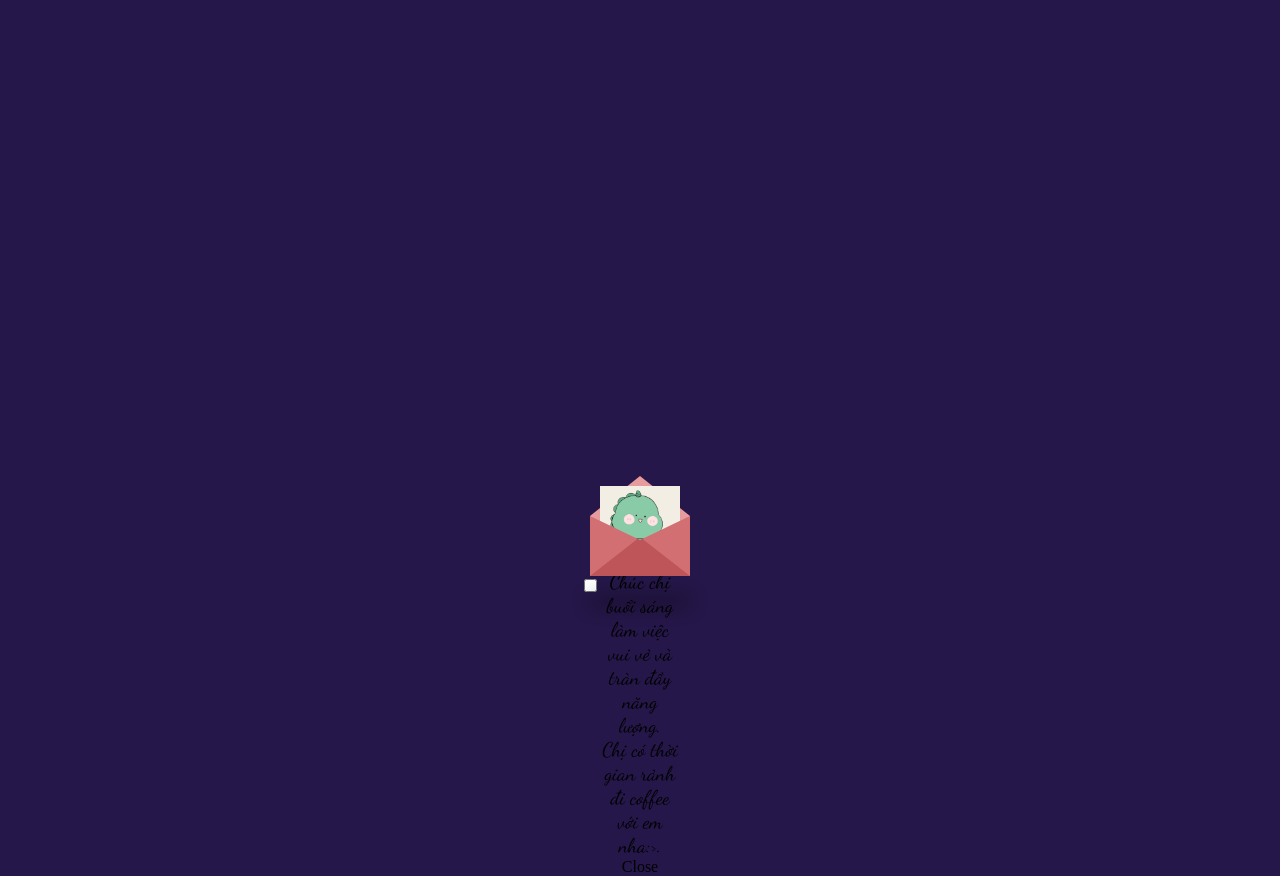
Repository: Dangtrinh28/letter
Page: index.html
These files come from the project's save history. The page is drawn as it stood at one moment and after the next save; the edit follows.
The browser window is 1280 px wide. The pictures show the whole page.

Above is the page before, as saved 2022-12-15 23:57:10.

After the next save:
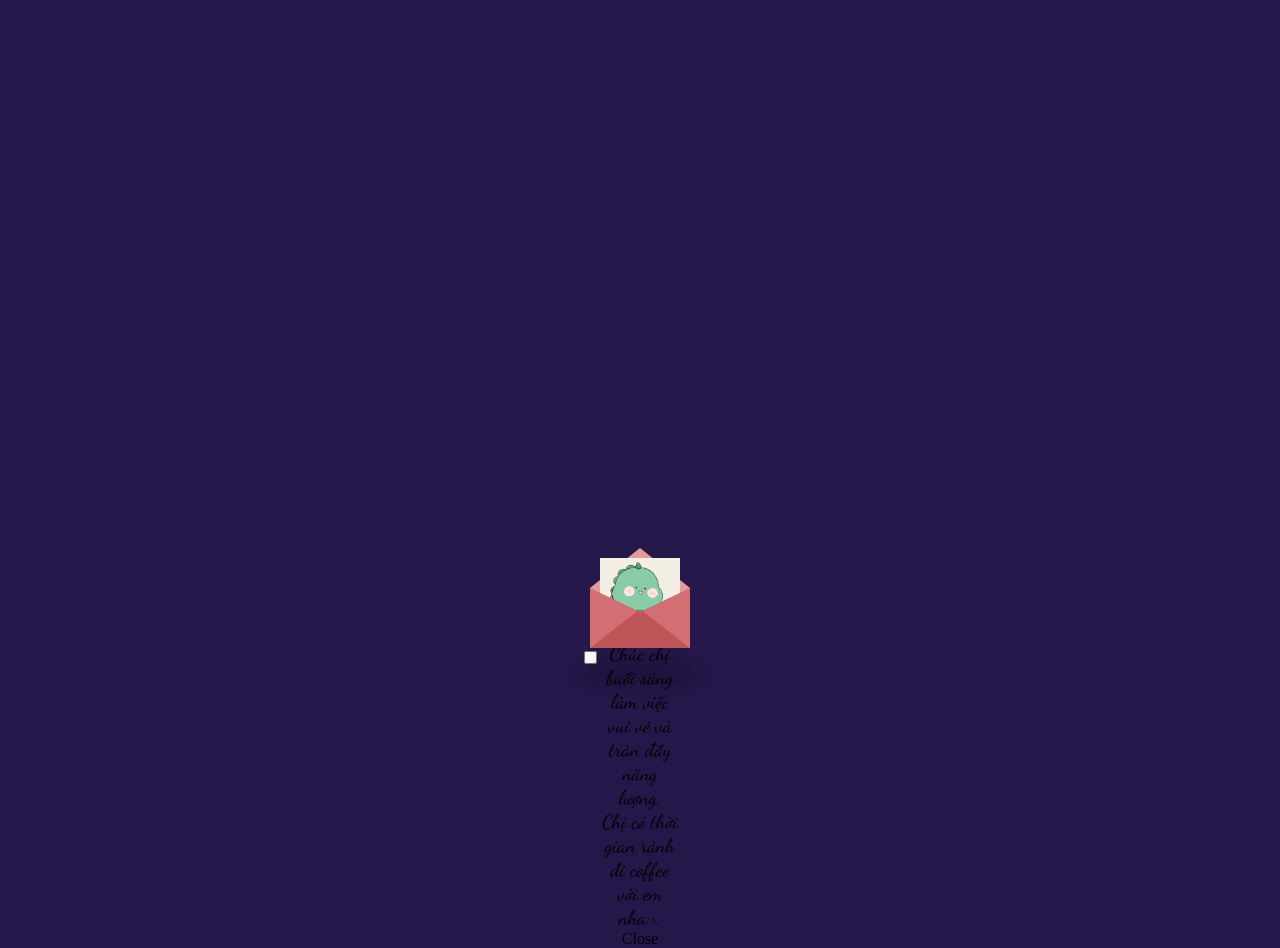
Saved 19 s later.
--- a/main.css
+++ b/main.css
@@ -6,7 +6,7 @@ body {
 
 .box {
     position: absolute;
-    top: 80%;
+    top: 90%;
     left: 50%;
     transform: translate(-50%,-50%);
     width: 100px;
